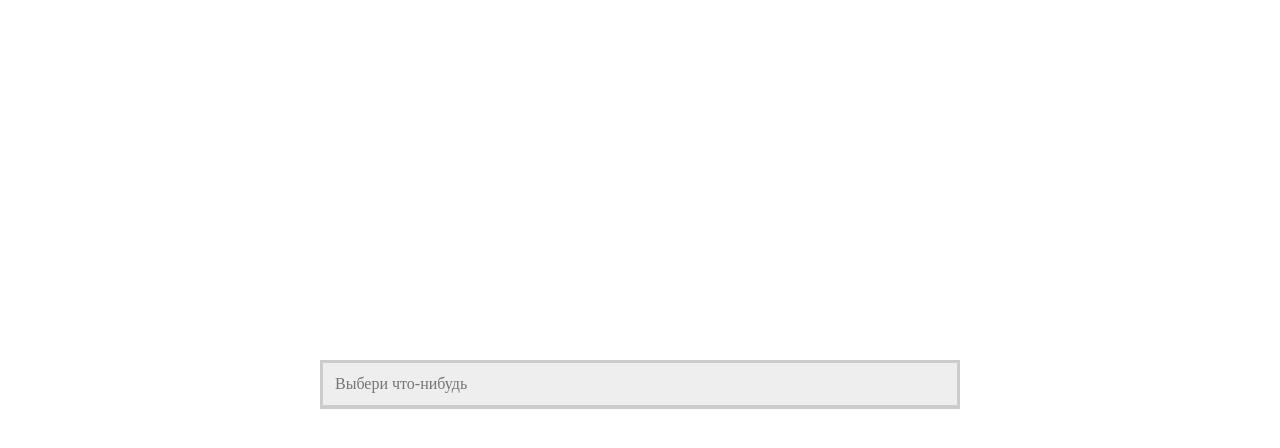
Repository: spihex/stage2-custom-dropdown
Page: index.html
An editor plug-in stored every save of this project. The page is shown before and after the next save, followed by the edit.
The browser window is 1280 px wide. The pictures show the whole page.

Above is the page before, as saved 2021-02-08 12:49:46.

After the next save:
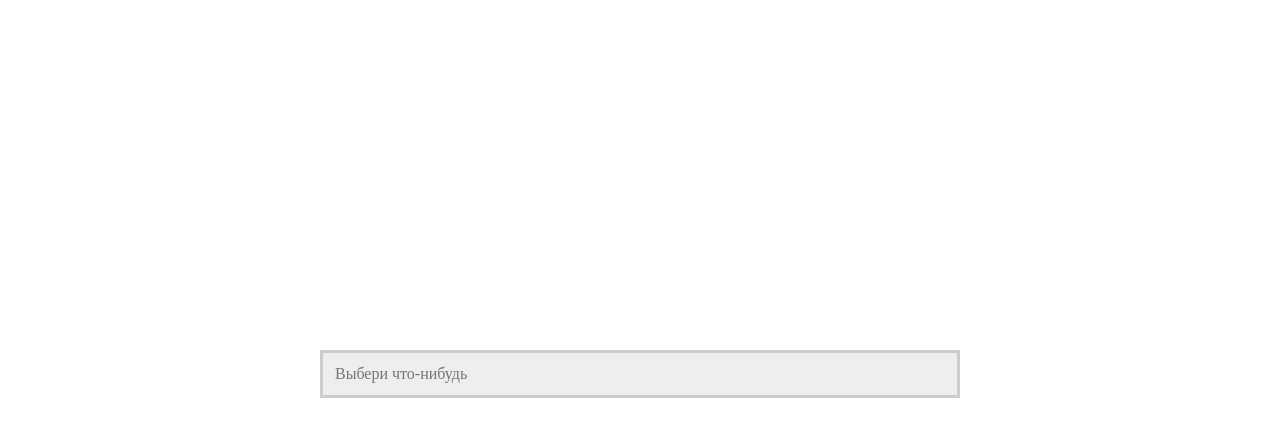
Saved 9 s later.
--- a/index.html
+++ b/index.html
@@ -12,7 +12,7 @@
     <body>
 
         <div class="dropdown">
-            <select name="select" class="dropdown__input">
+            <select name="select" class="">
                 <option value="value1">Значение 1</option>
                 <option value="value2">Значение 2</option>
                 <option value="value3">Значение 3</option>
